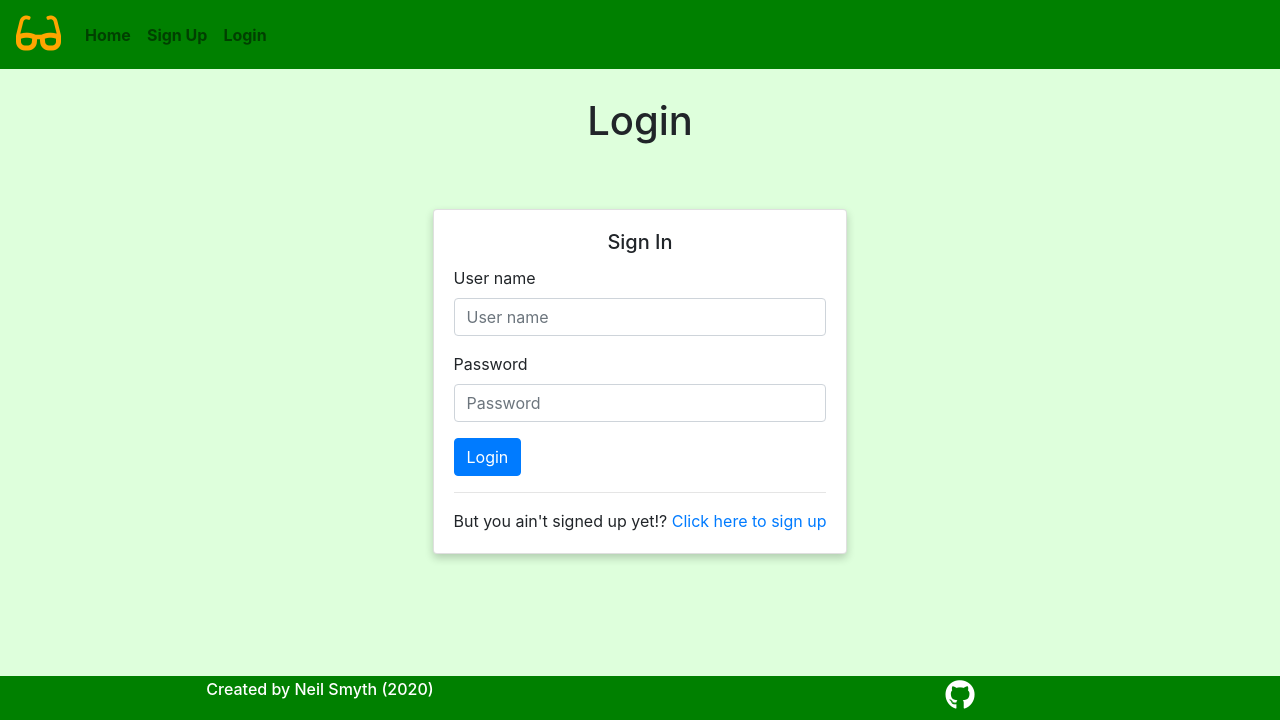
Repository: NeiloErnesto89/Data_Centric_Dev_Milestone_Project3
Page: templates/login.html
The author's editor kept a record of every edit. The page is drawn from the files as they stood at one moment, then again after the next edit.
The browser window is 1280 px wide. The pictures show the whole page.
Some web libraries are served in a nearby version. The template is drawn by Flask 3. The application's start-up code is not run. Other server files are loaded and not shown. The template is opened directly, without the code that normally fills it, so the values that code supplies are empty.

Above is the page before.

### templates/login.html
{% extends 'base.html' %} {% block content %}

<div class="container-fluid">
    <div class="row justify-content-center ">
        <div class="col-md-12 text-center">
            <h1 class="add_header mt-3 mb-3">Login</h1>
        </div>
        <div class="card card-signin my-5">
            <div class="card-body">
                <h5 class="card-title text-center">Sign In</h5>
                <form method="POST" data-toggle="validator" action="/user_login">
                    {% with messages = get_flashed_messages() %} {% if messages %}
                    <ul class=flashes>
                        {% for message in messages %}
                        <font size="6"><strong>{{ message }}</strong></font>
                        {% endfor %}
                    </ul>
                    {% endif %} {% endwith %}
                    <div class="form-group">
                        <label for="username">User name</label>
                        <input name="username" type="text" class="form-control" placeholder="User name" required>
                    </div>

                    <div class="form-group">
                        <label for="user_password">Password</label>
                        <input class="form-control" name="user_password" type="password" placeholder="Password" required>
                    </div>
                    <button type="submit" class="btn btn-primary">Login</button>
                    <hr>
                    <div>
                        But you ain't signed up yet!? <a href="{{ url_for('signup') }}"> Click here to sign up</a>
                    </div>
                </form>
            </div>
        </div>

    </div>
</div>


{% endblock %}

### templates/base.html
<!DOCTYPE html>
<html lang="en">

<head>
    <meta charset="UTF-8">
    <meta name="viewport" content="width=device-width, initial-scale=1.0">
    <meta http-equiv="X-UA-Compatible" content="ie=edge">

    <title>Book Reviews</title>

    <!-- Bootstrap -->
    <link rel="stylesheet" href="https://stackpath.bootstrapcdn.com/bootstrap/4.3.1/css/bootstrap.min.css" integrity="sha384-ggOyR0iXCbMQv3Xipma34MD+dH/1fQ784/j6cY/iJTQUOhcWr7x9JvoRxT2MZw1T" crossorigin="anonymous">

    <!-- Google Font-->

    <link href="https://fonts.googleapis.com/css?family=Montserrat:400,700" rel="stylesheet">

    <!-- Font Awesome-->

    <link rel="stylesheet" href="https://use.fontawesome.com/releases/v5.7.2/css/all.css" integrity="sha384-fnmOCqbTlWIlj8LyTjo7mOUStjsKC4pOpQbqyi7RrhN7udi9RwhKkMHpvLbHG9Sr" crossorigin="anonymous">

    <link rel="stylesheet" href="https://cdnjs.cloudflare.com/ajax/libs/font-awesome/4.7.0/css/font-awesome.min.css">

    <!-- CSS -->

    <link rel="stylesheet" href="{{url_for('static', filename='css/style.css')}}" type="text/css" />


</head>

<body>

<div class="cover-container d-flex mx-auto flex-column">

            <!--NavBar with Burger Icon-->
        {% block navbar %}
        <header class="nav-container">
            <nav class="navbar navbar-expand-lg navbar-light mb-1 text-center fixed-top">
                <a class="navbar-brand" href="{{ url_for('index') }}" data-target="#modalPopUp" data-toggle="modal"><i class="fas fa-glasses" style="font-size:40px;color:orange;"></i></a>
                <button class="navbar-toggler" type="button" data-toggle="collapse" data-target="#navbarTogglerDemo02" aria-controls="navbarTogglerDemo02" aria-expanded="false" aria-label="Toggle navigation">
                                <span class="navbar-toggler-icon"></span>
                              </button>
                <div class="collapse navbar-collapse" id="navbarTogglerDemo02">
                    <ul class="navbar-nav mr-auto mt-0 mt-lg-0">


                        <li class="nav-item">
                            <a class="nav-link" href="{{ url_for('index') }}"><b>Home</b></a>
                        </li>
                        <li class="nav-item">
                            <a class="nav-link" href="{{ url_for('signup') }}"><b>Sign Up</b></a>
                        </li>
                        <li class="nav-item">
                            <a class="nav-link" href="{{ url_for('login') }}"><b>Login</b></a>
                        </li>

                    </ul>
                </div>
            </nav>
        </header>
        {% endblock navbar %}

        <div class="container-fluid">
				<div class="row justify-content-around">
					<div id="messages">
						{% with messages = get_flashed_messages() %}
						{% if messages %}
						{% for message in messages %}
						<p class="text-center">{{ message }}</p>
						{% endfor %}
						{% endif %}
						{% endwith %}
					</div>
				</div>
			</div>

        <hr>

    <div class="container mt-5 mb-5">
            {% block content %}
            {% endblock %}
    </div>

    <hr>

        <!--FOOTER -->

        <div class="footer container-fluid">
            <div class="row justify-content-center">
                <div class="text-center col-xs-12 col-sm-6 mt-1 mb-2">

                    <h6>Created by Neil Smyth (2020)</h6>

                </div>
                <div class="text-center col-xs-12 col-sm-6 mt-1 mb-2">

                    <a href="https://github.com/NeiloErnesto89" target="_blank "><i class="fab fa-github" style="font-size:30px; color:white; "></i></a>

                </div>
            </div>
        </div> <!-- footer container-->

</div>    <!--Cover Container -->

    <!-- JQuery -->
    <script src="https://cdnjs.cloudflare.com/ajax/libs/jquery/3.2.1/jquery.min.js"></script>

    <!-- Bootstrap JS-->

    <script src="https://code.jquery.com/jquery-3.3.1.slim.min.js" integrity="sha384-q8i/X+965DzO0rT7abK41JStQIAqVgRVzpbzo5smXKp4YfRvH+8abtTE1Pi6jizo" crossorigin="anonymous"></script>
    <script src="https://cdnjs.cloudflare.com/ajax/libs/popper.js/1.14.7/umd/popper.min.js" integrity="sha384-UO2eT0CpHqdSJQ6hJty5KVphtPhzWj9WO1clHTMGa3JDZwrnQq4sF86dIHNDz0W1" crossorigin="anonymous"></script>
    <script src="https://stackpath.bootstrapcdn.com/bootstrap/4.3.1/js/bootstrap.min.js" integrity="sha384-JjSmVgyd0p3pXB1rRibZUAYoIIy6OrQ6VrjIEaFf/nJGzIxFDsf4x0xIM+B07jRM" crossorigin="anonymous"></script>

    <!-- JS File -->

    <script src="{{url_for('static', filename='js/script.js')}}"></script>


    <!--  <script type="text/javascript">
        $(document).ready(function() {
            $('.collapsible').collapsible();
        });
    </script>  -->
</body>

</html>

### static/css/style.css
body {
  background-color: #DEFFDC;
  display: flex;
  /* margin: 0; */
}

.cover-container1 {

  background: url("../images/libs.jpg") no-repeat center center fixed;


}

/*.cover-container {
  min-height: 100vh;
  padding-top: 70px;
  background-size: cover;
  align-items: center;
  justify-content: center;
  position: relative;
  overflow-x: hidden;
*/

/*.nav-container {
    position: fixed;
    width: 100%;
    z-index: 1;
    top: 0;
    left: 0;
    padding-left: 0;
    padding-right: 0;
    margin-left: 0;
    margin-right: 0;
  } */

.navbar {
  background-color: green;
}

.jumbotron {
  background-color: #ffa31a;
  margin-right: 3rem;
  margin-left: 3rem;
}

/* Paginate Button on All Reviews.html (taken from w3 schools*/

.paginate {
  display: inline-block;
}

.paginate a {
  color: black;
  float: left;
  padding: 8px 16px;
  text-decoration: none;
  margin: 15px;
}

.paginate a.active {
  background-color: #4CAF50;
  color: white;
  border-radius: 5px;
}

.paginate a:hover:not(.active) {
  background-color: #ddd;
  border-radius: 5px;
}

/* all_reviews.html - book review cards*/

.card {
  margin: 5px;
  box-shadow: 0 4px 8px 0 rgba(0, 0, 0, 0.2)
  /*border: 8px solid rgb(5, 187, 5);
  border-radius: 3rem; */
}

/* Card Image */

.book_image {
  background-color: white;
  box-shadow: 0 4px 8px 0 rgba(0, 0, 0, 0.2), 0 6px 20px 0 rgba(0, 0, 0, 0.19);
}

/*
  .card-img-top {
    width: 100%;
    height: 15vw;
    object-fit: cover;
}
  */

/* MODAL */

.modal {
  color: black;
  background-color: rgb(204, 255, 204, 0.8);
}

.modal-header {

  background-color: rgb(204, 255, 204);
  opacity: 0.8;

}

.modal-title {
  font-size: 34px;
  font-weight: bold;
  text-align: center;
  /*margin-left: 45px; */
  padding: 5px;
  /*text-decoration: underline;*/
}


.modal-body {
  font-size: 15px;
  font-weight: bold;
  color: white;
  background-color: rgb(0, 153, 51);
  opacity: 0.8;
  text-align: center;
}

.modal-footer {
  background-color: rgb(204, 255, 204);
  opacity: 0.8;
}

.modal-header .close {
  margin: -10px;
}

/*

#logout_button {
  color: #3d7a59;
  font-weight: 700;
  font-size: 17px;
  margin: 5px;
  padding: 5px;
  position: fixed;
  bottom: 7px;
  right: 2px;
  z-index: 1;
  opacity: 0.9;
} */

.footer {
  position: fixed;
  left: 0;
  bottom: 0;
  width: 100%;
  background-color: green;
  color: white;
  text-align: center;
}

### static/js/script.js
/*$(document).ready(function() {

    $('#popUpModal').modal('show');
}); */

$(function () {
  $('[data-toggle="tooltip"]').tooltip()
})

After the next edit:
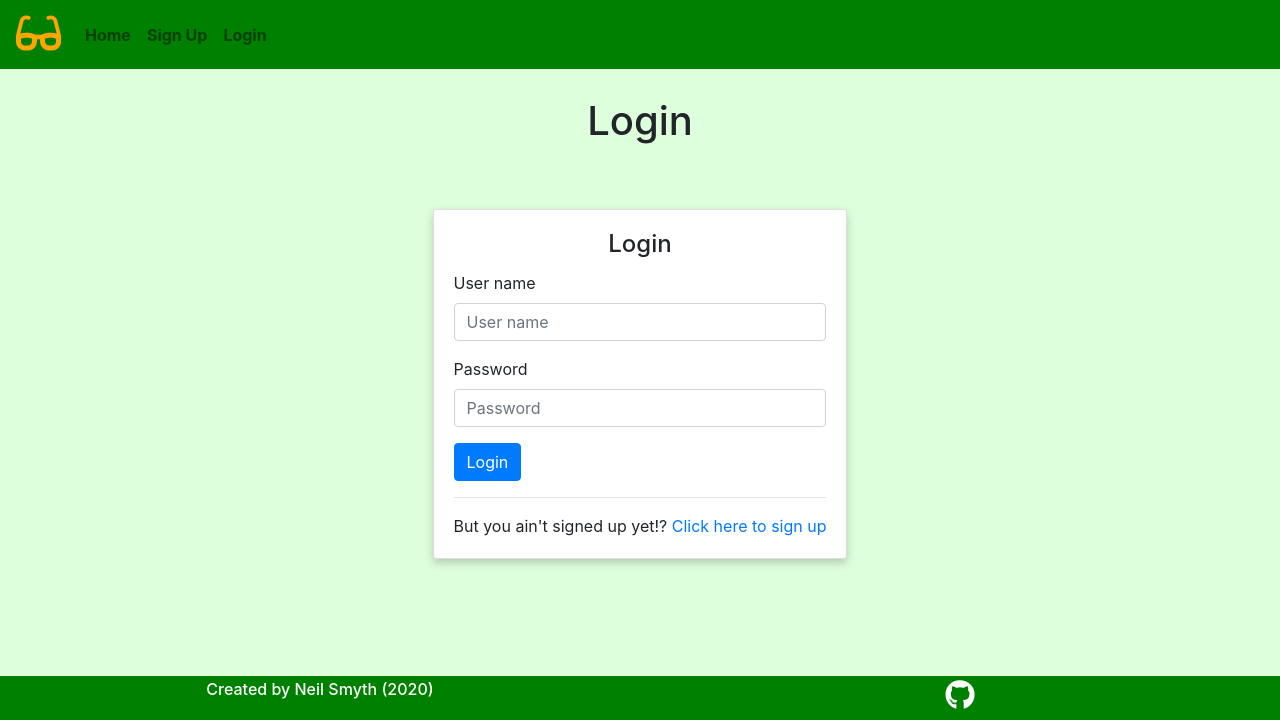
The edit:
--- a/templates/login.html
+++ b/templates/login.html
@@ -7,7 +7,7 @@
         </div>
         <div class="card card-signin my-5">
             <div class="card-body">
-                <h5 class="card-title text-center">Sign In</h5>
+                <h4 class="card-title text-center">Login</h4>
                 <form method="POST" data-toggle="validator" action="/user_login">
                     {% with messages = get_flashed_messages() %} {% if messages %}
                     <ul class=flashes>
